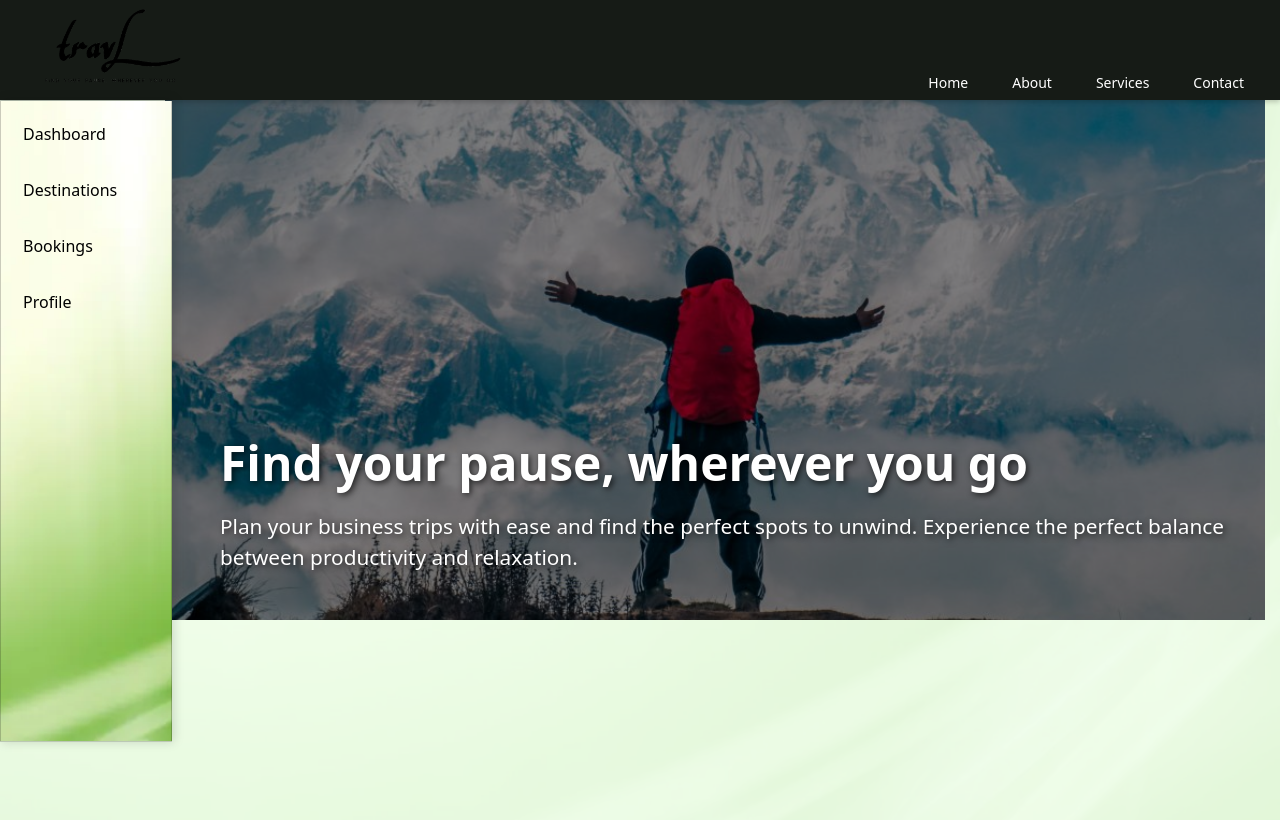
Repository: Nakib-Arman/Javafest25---travL
Page: / (app in Frontend/)
An editor plug-in stored every save of this project. The page is shown before and after a run of saves, followed by the edit.
The browser window is 1280 px wide. The pictures show the whole page.
Pictures or frames that could not be fetched are drawn as grey boxes. The project was rebuilt for these pictures with package versions that can differ from the ones it lists, and the page was loaded fresh each time. Also part of the build but not shown: Frontend/vite.config.js.

Above is the page before, as saved 2025-08-13 12:28:10.

After the next 4 saves:
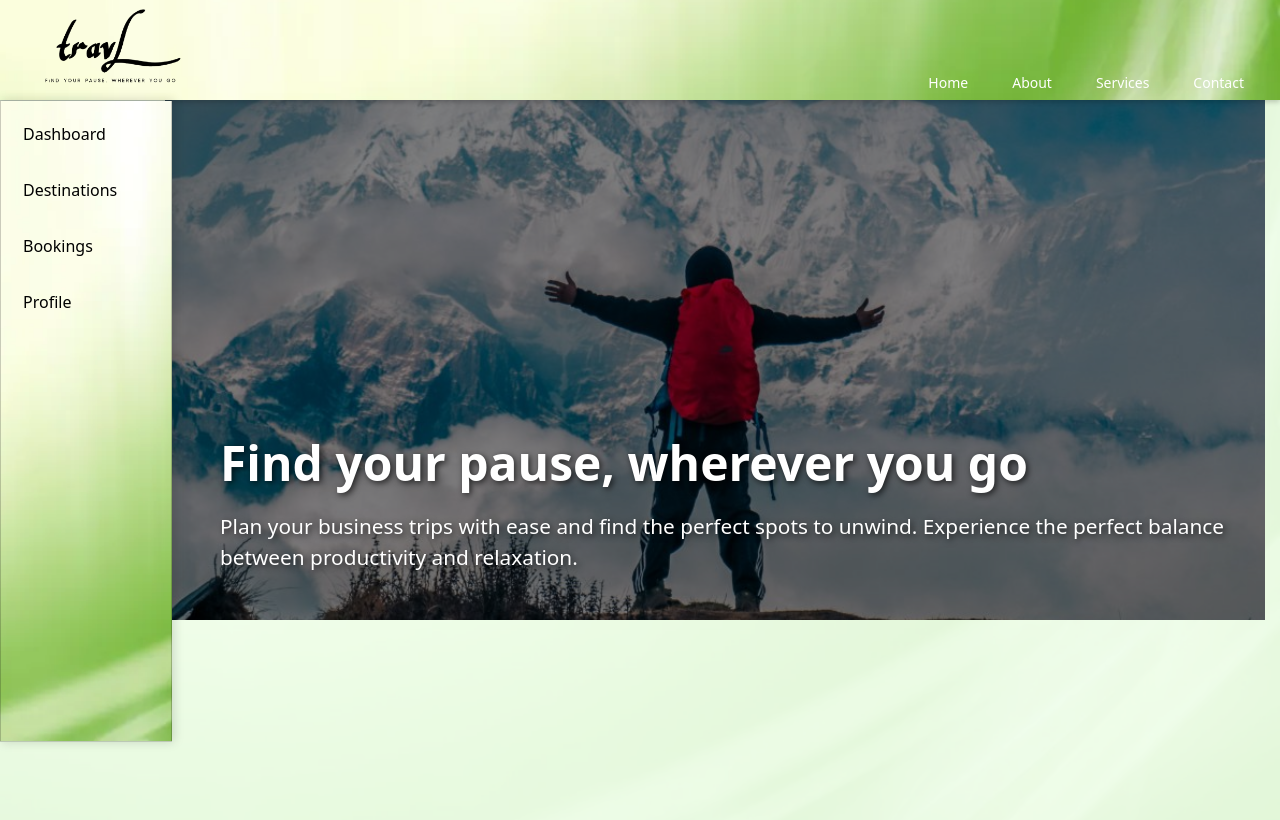
The 4 saves are shown as one change because they came seconds apart.
The last was saved 38 s later.
--- a/Frontend/src/CSS/Topbar.css
+++ b/Frontend/src/CSS/Topbar.css
@@ -4,7 +4,12 @@
     left: 0;
     right: 0;
     height: 100px;
-    background-color: #161b16;
+    /* background-color: #161b16; */
+    background-image: url('../assets/background2.jpg');
+    background-position: center;
+    background-repeat: no-repeat;
+    background-size: cover;
+
     display: flex;
     justify-content: space-between;
     align-items: flex-end;
